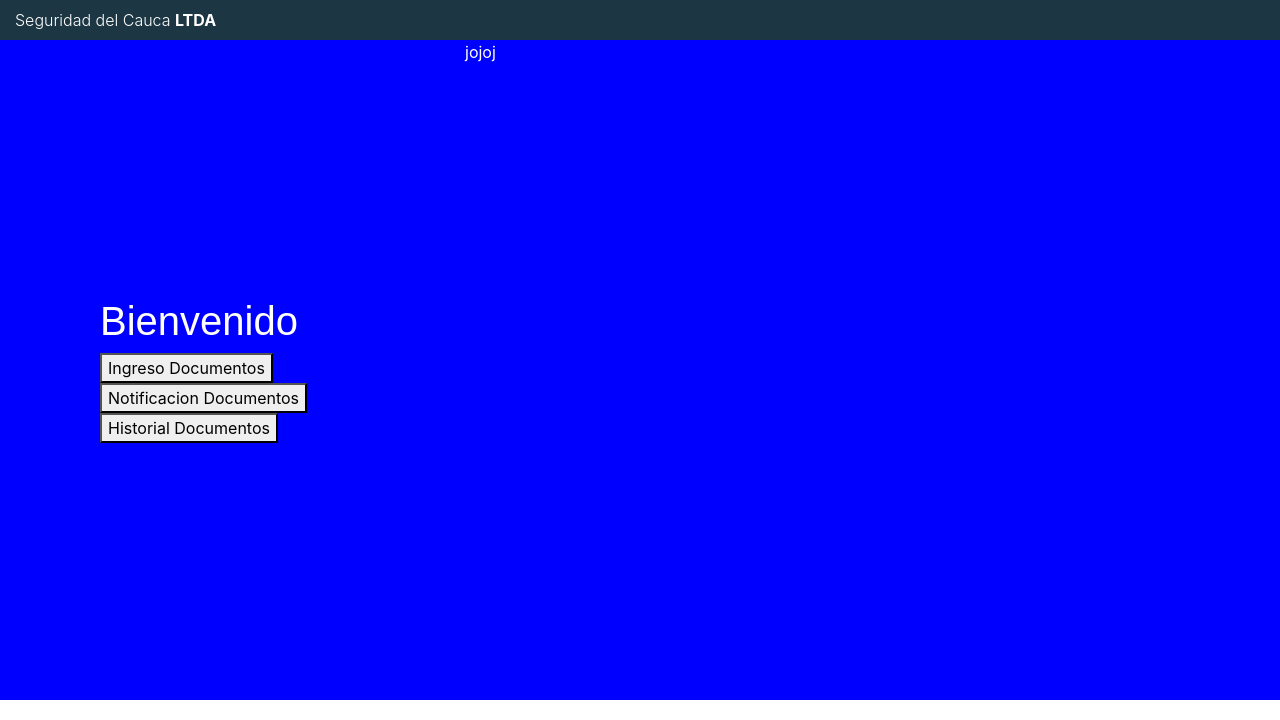
Repository: CristianPalta1/pages_react
Page: /Dashboard
The author's editor kept a copy of each file at every save. The page is drawn from the files as they stood at one save, then again after the next save.
The browser window is 1280 px wide. The pictures show the whole page.
The project was rebuilt for these pictures with package versions that can differ from the ones it lists, and the page was loaded fresh each time. Also part of the build but not shown: src/components/Forms.jsx, src/pages/Inicio.jsx, src/pages/IngresoDoc.jsx, src/pages/NotifiDoc.jsx, src/components/Registros.jsx, src/components/styles/BadgesList.css, src/components/BadgeList.jsx, src/components/styles/Badges.css and 3 more.

Above is the page before, as saved 2019-08-25 14:19:53.

After the next save:
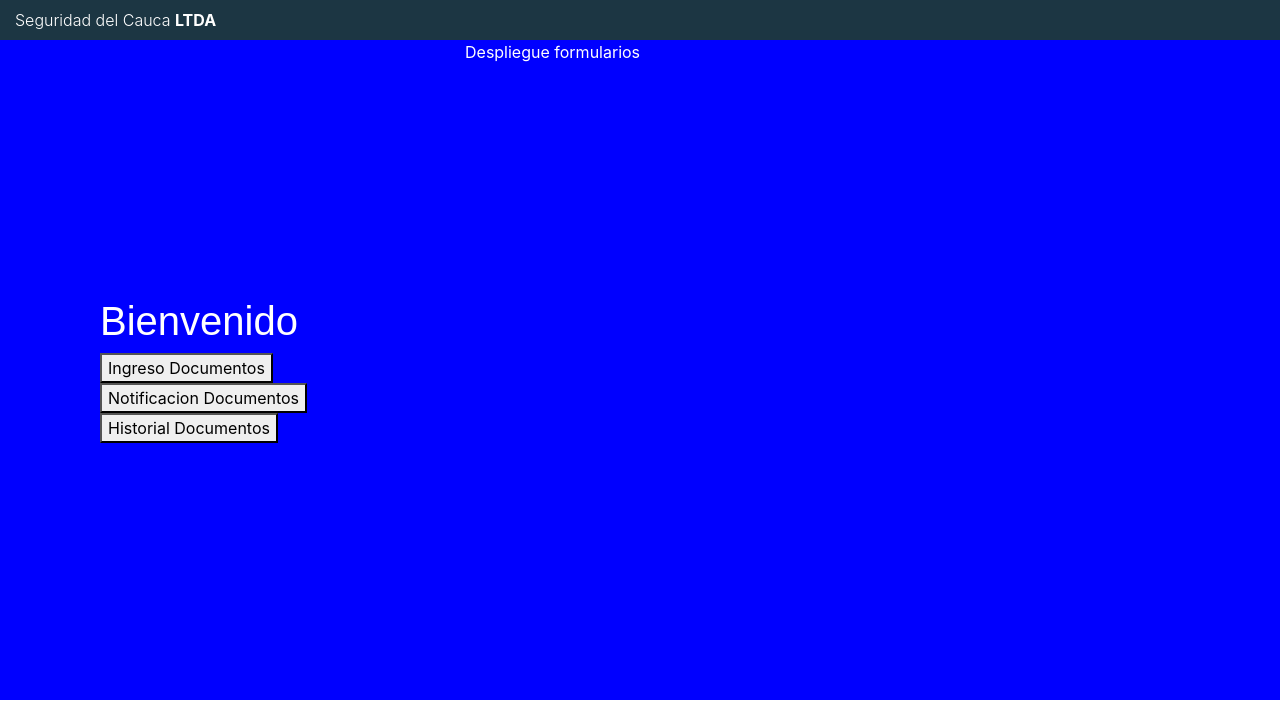
Saved 6 s later.
--- a/src/pages/Dashboard.jsx
+++ b/src/pages/Dashboard.jsx
@@ -33,7 +33,7 @@ class Dashboard extends Component {
               <Container/>
             </div>
             <div className="col-8">
-              jojoj
+              Despliegue formularios
             </div>
           </div>
         </div>
